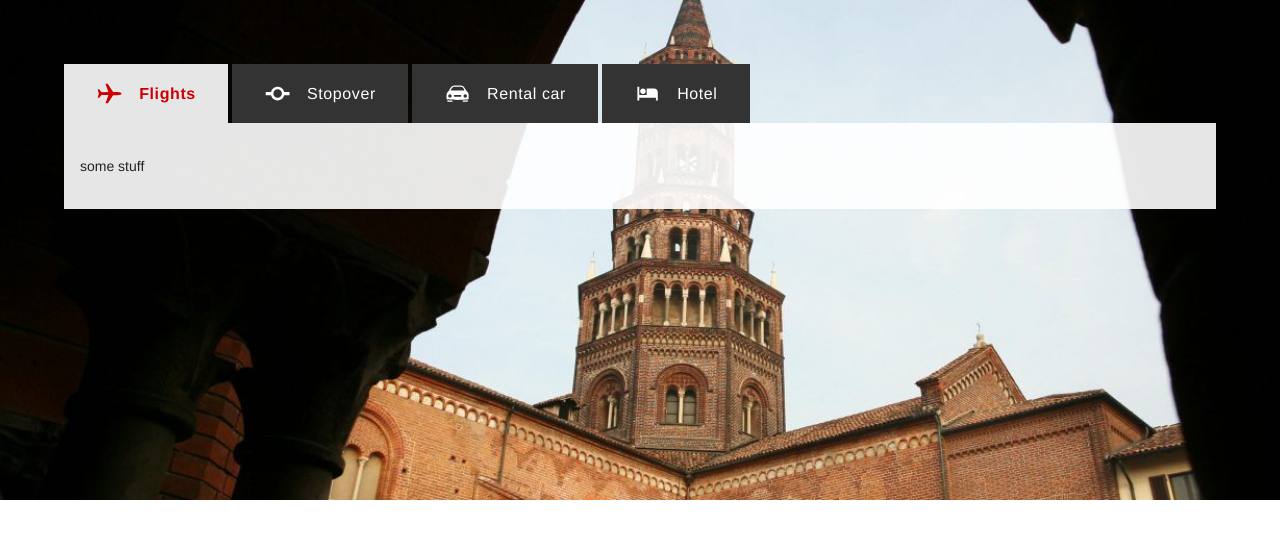
Repository: guidogr95/Everymundo-Excercise
Page: /
These files come from the project's save history. The page is drawn as it stood at one moment and after the next save; the edit follows.
The browser window is 1280 px wide. The pictures show the whole page.
The page's requests for data from a server got no answer. The project was rebuilt for these pictures with package versions that can differ from the ones it lists, and the page was loaded fresh each time. No one was signed in, and anything a server would have sent is missing.

Above is the page before, as saved 2021-06-30 22:45:59.

### src/App.jsx
// utils
import {
  QueryClient,
  QueryClientProvider,
} from 'react-query'
// styles
import 'antd/dist/antd.css';
import './app.scss';
// components
import BookingMask from 'src/components/BookingMask'

const queryClient = new QueryClient()

function App() {
  return (
    <QueryClientProvider client={queryClient}>
      <div className="App">
        <div className="flightmanager-container container" >
          <BookingMask />
        </div>
      </div>
    </QueryClientProvider>
  );
}

export default App;

### src/app.scss
@import 'styles/global';

.App {
  .container {
    width: $desktop-maxwidth;
    max-width: 100%;
  }
  .flightmanager-container {
    background: url('./assets/images/bg.jpg');
    background-size: cover;
    background-position: center;
    min-height: 500px;
    margin: auto;
    padding: 4rem;
  }
}

### src/components/BookingMask/index.jsx
import { useState } from 'react'
// styles
import './bookingmask.scss'
// assets
import { IoIosAirplane, IoMdGitCommit, IoIosCar, IoMdBed } from 'react-icons/io'
// components
import EmptyTab from './EmptyTab'
import FlightsTab from './FlightsTab'

const BookingMask = () => {
  const tabs = [
    {
      name: 'Flights',
      icon: <IoIosAirplane />,
      component: <FlightsTab />
    },
    {
      name: 'Stopover',
      icon: <IoMdGitCommit />,
      component: <EmptyTab />
    },
    {
      name: 'Rental car',
      icon: <IoIosCar />,
      component: <EmptyTab />
    },
    {
      name: 'Hotel',
      icon: <IoMdBed />,
      component: <EmptyTab />
    }
  ]

  const [activeTab, setActiveTab] = useState(tabs[0].name)
  const handleTab = name => setActiveTab(name)

  return (
    <section className="bookingmask" >
      <ul className="bookingmask__nav" >
        {tabs.map(tab =>
          <button
            className={activeTab === tab.name ? 'active' : ''}
            onClick={() => handleTab(tab.name)}
          >
            {tab.icon}<span>{tab.name}</span>
          </button>
        )}
      </ul>
      <div className="bookingmask__tabs-wrapper" >
          {tabs.map(tab =>
            <div className={`bookingmask__tab${activeTab === tab.name ? ' active' : ''}`} >
              {tab.component}
            </div>
          )}
      </div>
    </section>
  )
}

export default BookingMask

### src/styles/_global.scss
@import 'variables';
@import 'mixins';

html,
body {
  position: relative;
  padding: 0;
  margin: 0;
  font-family: $font-family;
  -webkit-text-size-adjust: 100%;
  -webkit-font-smoothing: auto;
  -moz-font-smoothing: auto;
  -moz-osx-font-smoothing: auto;
}
* {
  box-sizing: border-box;
}
ul {
  margin: 0;
  padding: 0;
}
button {
  border: none;
  cursor: pointer;
}

### src/styles/_variables.scss
// measurements
$desktop-maxwidth: 90rem;
// colors
$color-red: #c00;
$color-gray: #333333;
$color-white: #fff;
// fonts
// font-family
$font-family: SwissText,Helvetica,Arial,sans-serif,LufthansaMamSymbolText;
// font-weight
$font-weight-medium: 700;
$font-weight-small: 300;
// font-size
$font-size-normal: 1rem;
$font-size-large: 1.7rem;
// line height
$line-height-medium: 2.2rem;
// letter spacing
$letter-spacing-small: .6px;

// tab variables
// colors
$color-active-tab-bg: hsla(0,0%,100%,.9);
// padding
$padding-tab-link: 1rem 2rem;
$padding-tab-content: 2rem 1rem;
// margin
$margin-tab-link: 0 0 0 .25rem;

### src/styles/_mixins.scss
// MIXINS
@mixin breakpoint($point) {
  @media (max-width: $point) {
    @content;
  }
}

### src/components/BookingMask/bookingmask.scss
@import '/src/styles/variables';
.bookingmask {
  &__nav {
    list-style: none;
    button {
      &:not(:first-of-type) {
        margin: $margin-tab-link;
      }
      color: $color-white;
      background: $color-gray;
      padding: $padding-tab-link;
      display: inline-flex;
      align-items: center;
      font-size: $font-size-normal;
      font-weight: $font-weight-small;
      letter-spacing: $letter-spacing-small;
      &.active {
        color: $color-red;
        font-weight: $font-weight-medium;
        background-color: $color-active-tab-bg;
      }
      svg {
        margin-right: 1rem;
        font-size: $font-size-large;
      }
    }
  }
  &__tabs-wrapper {
    position: relative;
  }
  &__tab {
    position: absolute;
    top: 0;
    left: 0;
    right: 0;
    padding: $padding-tab-content;
    background-color: $color-active-tab-bg;
    display: none;
    &.active {
      display: block;
    }
  }
}

### src/components/BookingMask/EmptyTab/index.jsx
const EmptyTab = () => {
  return (
    <div>
      some more stuff
    </div>
  )
}

export default EmptyTab

### src/components/BookingMask/FlightsTab/index.jsx
const FlightsTab = ({ name, activeTab }) => {
  return (
    <div>
      some stuff
    </div>
  )
}

export default FlightsTab

### src/components/BookingMask/FlightsTab/AirportInput/index.jsx
import { useState } from 'react'
// utils
import { useQuery } from 'react-query'
// api
import { fetchAirports } from 'src/api/fetchers'

const AirportInput = () => {
  const [term, setTerm] = useState('Quito')
  const { isLoading, isError, data, error } = useQuery('airports', () => fetchAirports(term))
  console.log(data)
  return (
    <div>
      <pre>
        {data && data}
      </pre>
    </div>
  )
}

export default AirportInput

### src/api/fetchers.js
// utils
import axios from 'axios'

// config
// API keys and secret to be added as env variables but they're added as strings here for simplicity
const headers = {
  headers: {
    'Content-Type': 'aplication/json',
    'Accept': 'application/json',
    'APC-Auth': '3cf5d1fd31',
    'APC-Auth-Secret': '90df6df6e13e91c'
  }
}
const apiUrl = 'https://www.air-port-codes.com/api/v1'

const fetchAirports = (term) => axios.post(`${apiUrl}/autocomplete?term=${term}`, {}, headers)

export {
  fetchAirports
}

Loaded but not shown: public/index.html (common file); src/index.jsx (common file); src/reportWebVitals.js (common file)

After the next save:
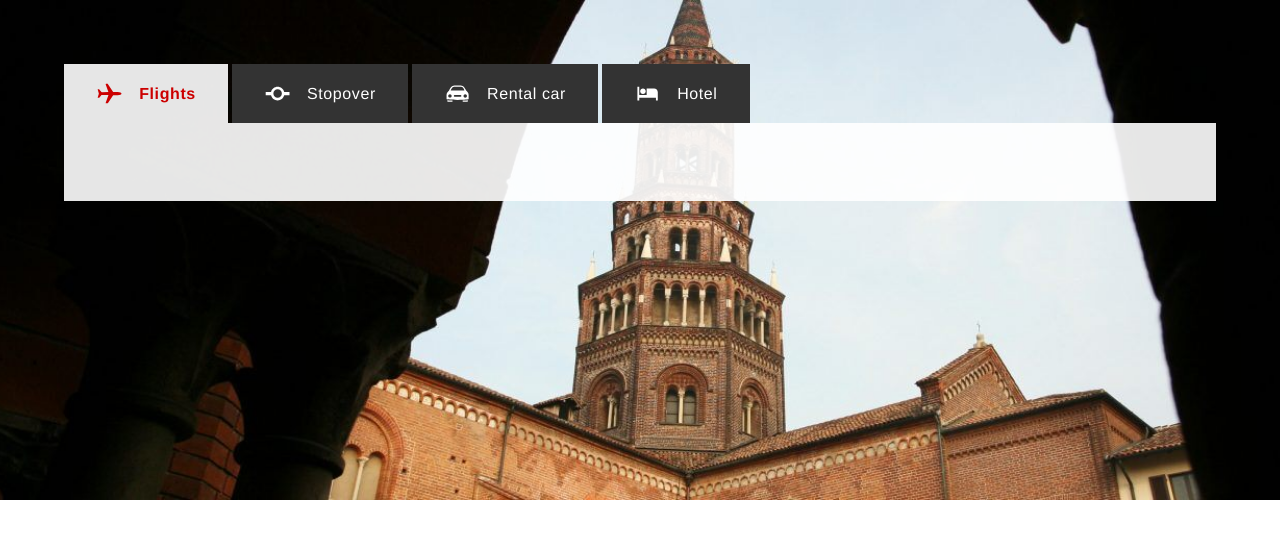
Saved 20 s later.
--- a/src/components/BookingMask/FlightsTab/index.jsx
+++ b/src/components/BookingMask/FlightsTab/index.jsx
@@ -1,7 +1,10 @@
+// components
+import AirportInput from './AirportInput'
+
 const FlightsTab = ({ name, activeTab }) => {
   return (
     <div>
-      some stuff
+      <AirportInput />
     </div>
   )
 }
